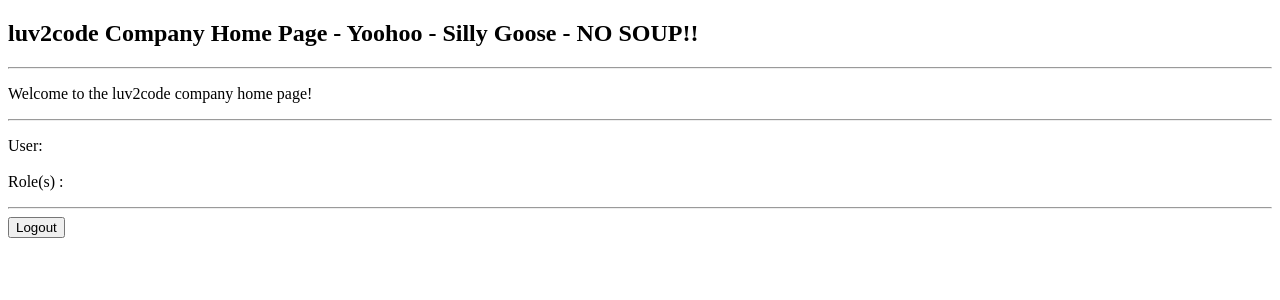
Repository: shinjuno123/spring-security
Page: http://localhost/spring-security-demo-07-user-roles/WEB-INF/view/home.jsp
The author's editor kept a copy of each file at every save. The page is drawn from the files as they stood at one save, then again after the next save.
The browser window is 1280 px wide. The pictures show the whole page.
The page is served by Tomcat 9. Nobody is signed in. The template is opened directly, without the code that normally fills it, so the values that code supplies are empty.

Above is the page before, as saved 2023-01-12 10:47:34.

After the next save:
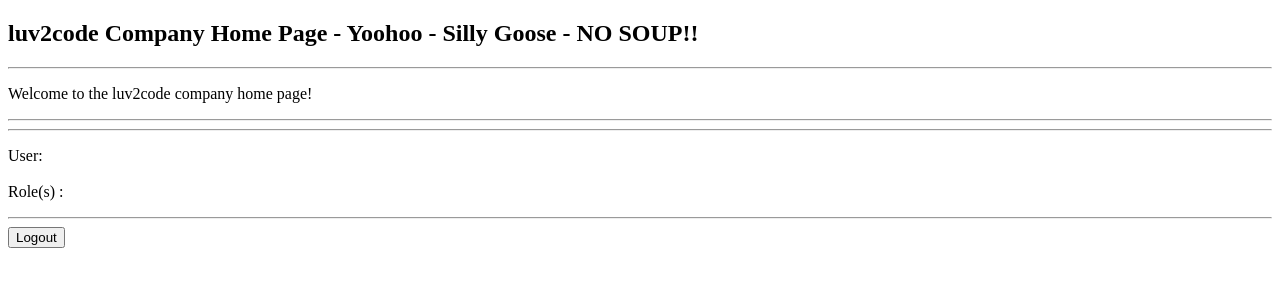
Saved 37 s later.
--- a/spring-security-demo-07-user-roles/src/main/webapp/WEB-INF/view/home.jsp
+++ b/spring-security-demo-07-user-roles/src/main/webapp/WEB-INF/view/home.jsp
@@ -34,9 +34,10 @@
 		(Only for Admin peeps)
 	</p>
 
+	</security:authorize>
+
 	<hr>
 
-	</security:authorize>
 
 	<!-- display user name and role -->
 	<p>
